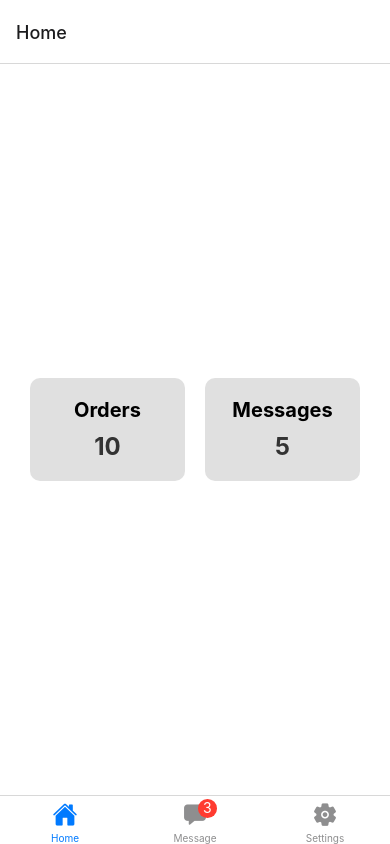
Repository: Waikato153/AwesomeProject
Screen: /
An editor plug-in stored every save of this project. The screen is shown before and after the next save, followed by the edit.
The app was drawn by React Native's web renderer in a window 390 px wide. The project was rebuilt for these pictures with package versions that can differ from the ones it lists, and the page was loaded fresh each time.

Above is the screen before, as saved 2024-02-28 16:45:10.

### App.js
import * as React from 'react';
import { Text, View, StyleSheet} from 'react-native';
import { NavigationContainer } from '@react-navigation/native';
import { createBottomTabNavigator } from '@react-navigation/bottom-tabs';
import { Ionicons } from '@expo/vector-icons';

import HomeScreen from './screens/HomeScreen';

function SettingsScreen() {
  return (
    <View style={{ flex: 1, justifyContent: 'center', alignItems: 'center' }}>
      <Text>Settings!</Text>
    </View>
  );
}


const styles = StyleSheet.create({
  container: {
    flex: 1,
    justifyContent: 'center',
    backgroundColor: 'white',
    alignItems: 'center',
    padding: 8,
  },
  paragraph: {
    margin: 24,
    fontSize: 18,
    fontWeight: 'bold',
    textAlign: 'center',
  },
});

const Tab = createBottomTabNavigator();

function MyTabs() {
  return (

    <Tab.Navigator>
      <Tab.Screen
        name="Home"
        component={HomeScreen}
        options={{
          tabBarIcon: ({ color, size }) => (
            <Ionicons name="home" color={color} size={size} />
          ),

        }}
      />
      <Tab.Screen
        name="Message"
        component={SettingsScreen}
        options={{
          tabBarIcon: ({ color, size }) => (
            <Ionicons name="chatbox" color={color} size={size} />
          ),
          tabBarBadge: 3
        }}
      />
      <Tab.Screen
        name="Settings"
        component={SettingsScreen}
        options={{
          tabBarIcon: ({ color, size }) => (
            <Ionicons name="settings" color={color} size={size} />
          ),
        }}
      />
    </Tab.Navigator>


  );
}

export default function App() {
  return (
    <NavigationContainer>
      <MyTabs />
    </NavigationContainer>
  );
}

### screens/HomeScreen.js
import React from 'react';
import { View, Text, StyleSheet } from 'react-native';

const HomeScreen = () => {
  return (
    <View style={styles.container}>
      <View style={styles.block}>
        <Text style={styles.title}>Orders</Text>
        <Text style={styles.count}>10</Text>
      </View>
      <View style={styles.block}>
        <Text style={styles.title}>Messages</Text>
        <Text style={styles.count}>5</Text>
      </View>
    </View>
  );
};



const styles = StyleSheet.create({
  container: {
    flex: 1,
    flexDirection: 'row',
    justifyContent: 'space-around',
    alignItems: 'center',
    backgroundColor: '#ffffff',
    padding: 20,
  },
  block: {
    flex: 1,
    justifyContent: 'center',
    alignItems: 'center',
    backgroundColor: '#e0e0e0',
    borderRadius: 10,
    padding: 20,
    margin: 10,
  },
  title: {
    fontSize: 20,
    fontWeight: 'bold',
    marginBottom: 10,
  },
  count: {
    fontSize: 24,
    fontWeight: 'bold',
    color: '#333333',
  },
});



export default HomeScreen;

After the next save:
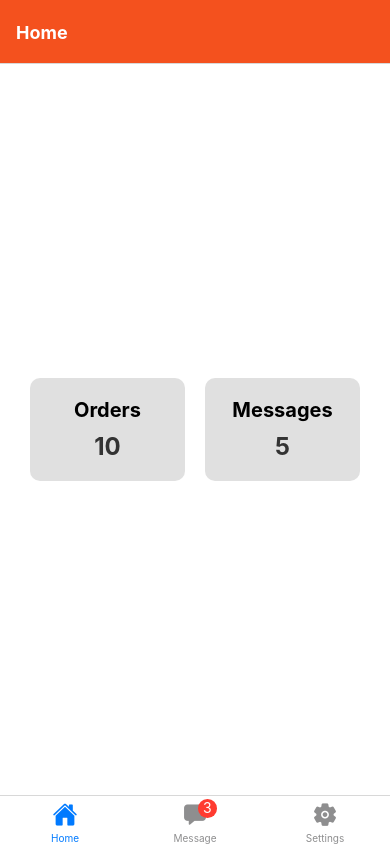
Saved 57 s later.
--- a/App.js
+++ b/App.js
@@ -44,7 +44,13 @@ function MyTabs() {
           tabBarIcon: ({ color, size }) => (
             <Ionicons name="home" color={color} size={size} />
           ),
-
+          headerStyle: {
+            backgroundColor: '#f4511e',
+          },
+          headerTintColor: '#fff',
+          headerTitleStyle: {
+            fontWeight: 'bold',
+          },
         }}
       />
       <Tab.Screen
